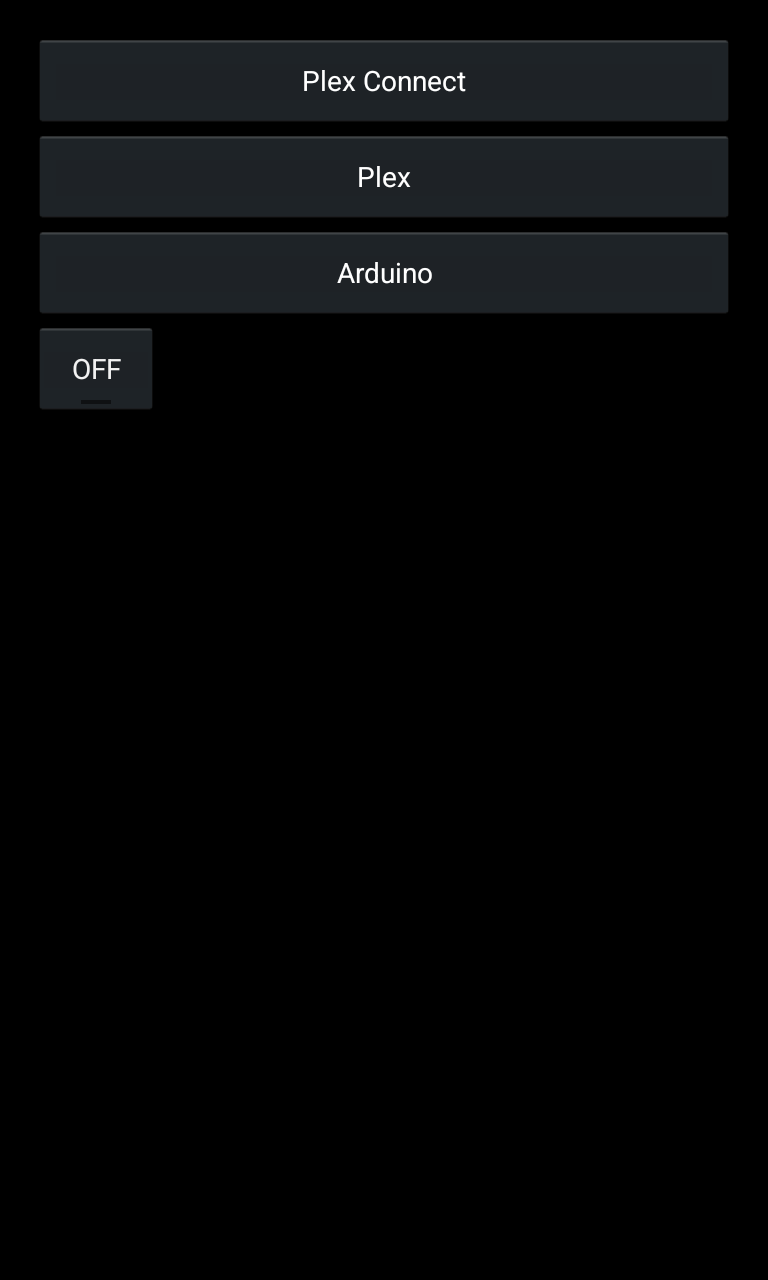
Repository: juanlurie/Android
Layout: TcpClient/res/layout/activity_main.xml
The author's editor kept a copy of each file at every save. The layout is drawn from the files as they stood at one save, then again after the next save.
It is drawn on a 768 x 1280 px phone screen (xhdpi) without system bars, with theme AppTheme; the app's code is not run.

Above is the layout before, as saved 2013-08-09 07:19:07.

After the next save:
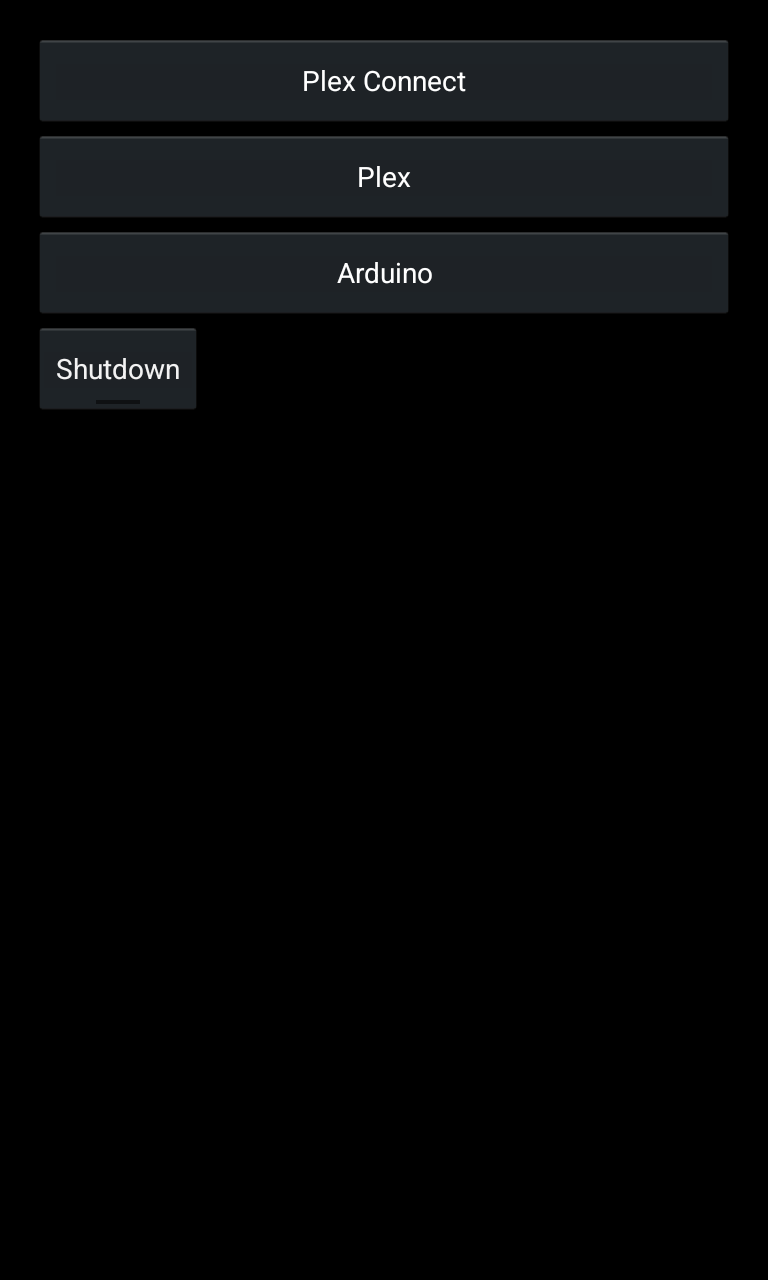
Saved 94 s later.
--- a/TcpClient/res/layout/activity_main.xml
+++ b/TcpClient/res/layout/activity_main.xml
@@ -42,6 +42,8 @@
         android:id="@+id/switch1"
         android:layout_width="wrap_content"
         android:layout_height="wrap_content"
-        android:text="Shutdown" />
+        android:text="Shutdown"
+        android:textOn="Abort"
+         android:textOff="Shutdown" />
 
 </LinearLayout>
